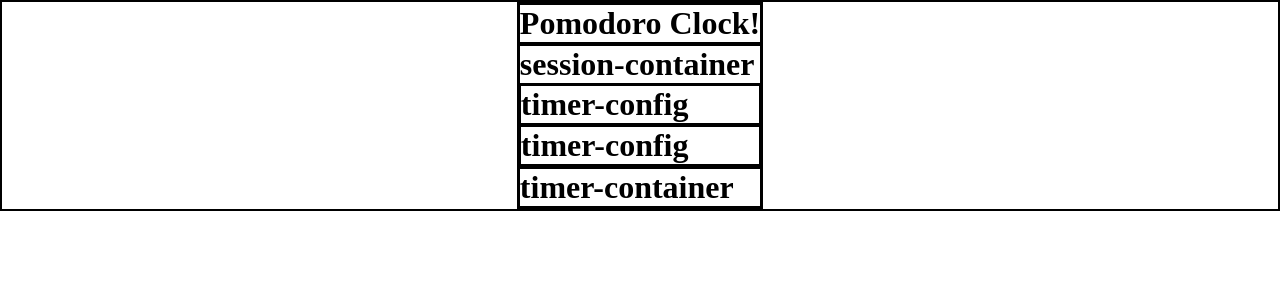
Repository: mcostigliola/pomodoroTimer
Page: index.html
An editor plug-in stored every save of this project. The page is shown before and after the next save, followed by the edit.
The browser window is 1280 px wide. The pictures show the whole page.

Above is the page before, as saved 2020-05-21 19:41:37.
Not found: main.js

After the next save:
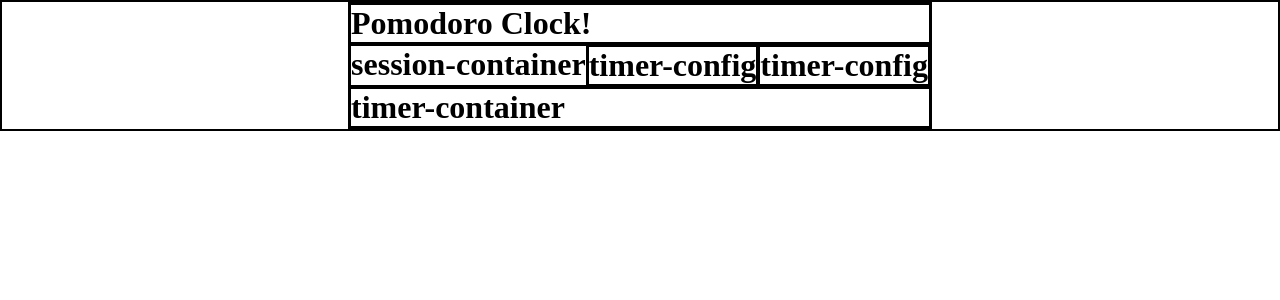
Saved 40 s later.
--- a/main.css
+++ b/main.css
@@ -14,3 +14,7 @@ body{
     margin: auto;
     wid
 }
+
+#session-container{
+    display: flex;
+}
